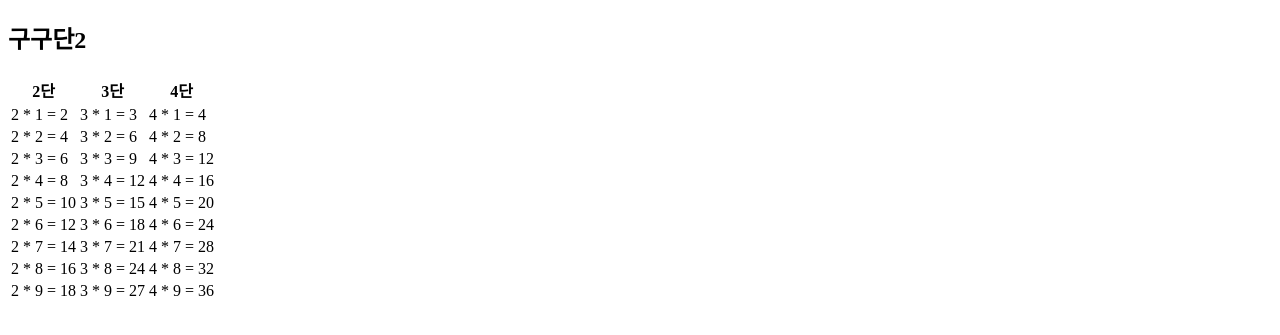
Repository: bluelessman/JSPServlet
Page: http://localhost/ServletStudy/JSPMission/gugudan2.jsp
An editor plug-in stored every save of this project. The page is shown before and after the next save, followed by the edit.
The browser window is 1280 px wide. The pictures show the whole page.
The page is served by Tomcat 10.

Above is the page before, as saved 2023-12-12 02:38:29.

After the next save:
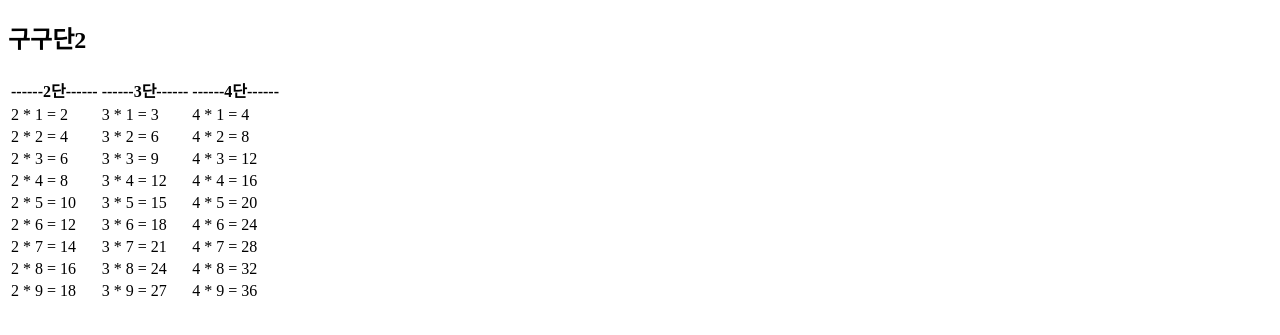
Saved 13 s later.
--- a/ServletStudy/src/main/webapp/JSPMission/gugudan2.jsp
+++ b/ServletStudy/src/main/webapp/JSPMission/gugudan2.jsp
@@ -14,7 +14,7 @@ if(request.getParameter("col")==null) col = 3;
 else col = Integer.parseInt(request.getParameter("col"));
 out.println("<table><tr>");
 for(int i=2;i<col+2;i++){
-	out.println("<th scope=`col`>"+i+"단</th>");
+	out.println("<th scope=`col`>------"+i+"단------</th>");
 }
 out.println("</tr>");
 for(int i=1;i<=9;i++){
